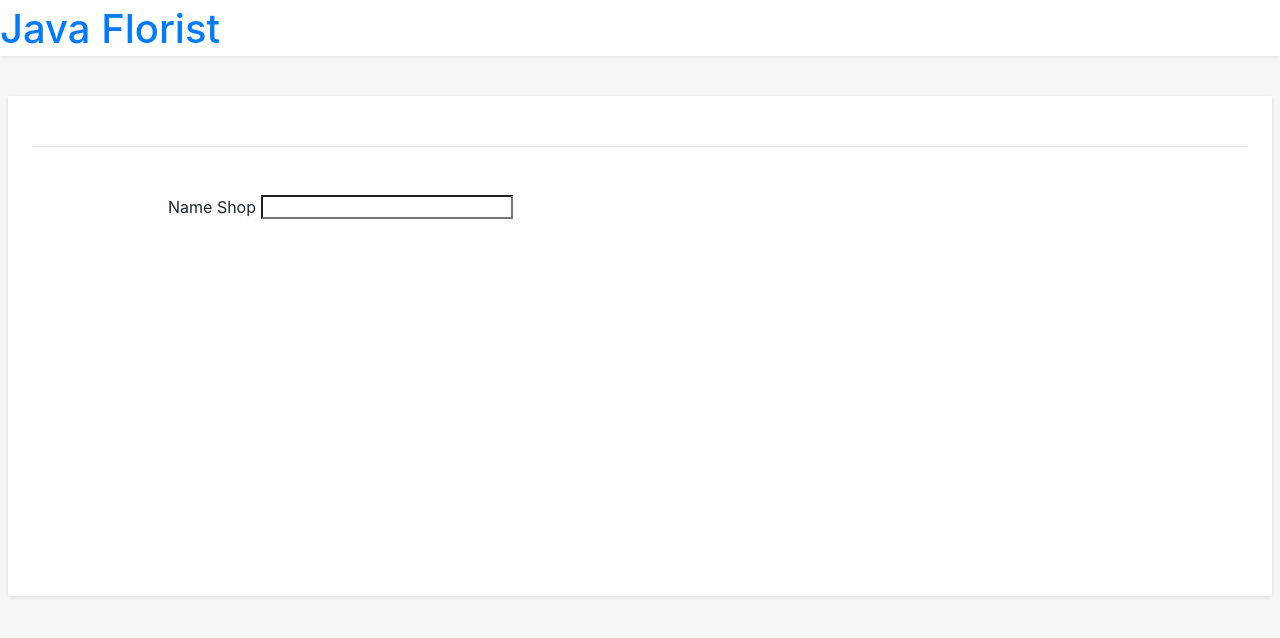
Repository: hienttm/flower-java-florist
Page: JavaFlorist/JavaFlorist/wwwroot/BecomePartner/index.html
These files come from the project's save history. The page is drawn as it stood at one moment and after the next save; the edit follows.
The browser window is 1280 px wide. The pictures show the whole page.
Some web libraries are served in a nearby version.

Above is the page before, as saved 2023-12-29 17:45:25.

After the next save:
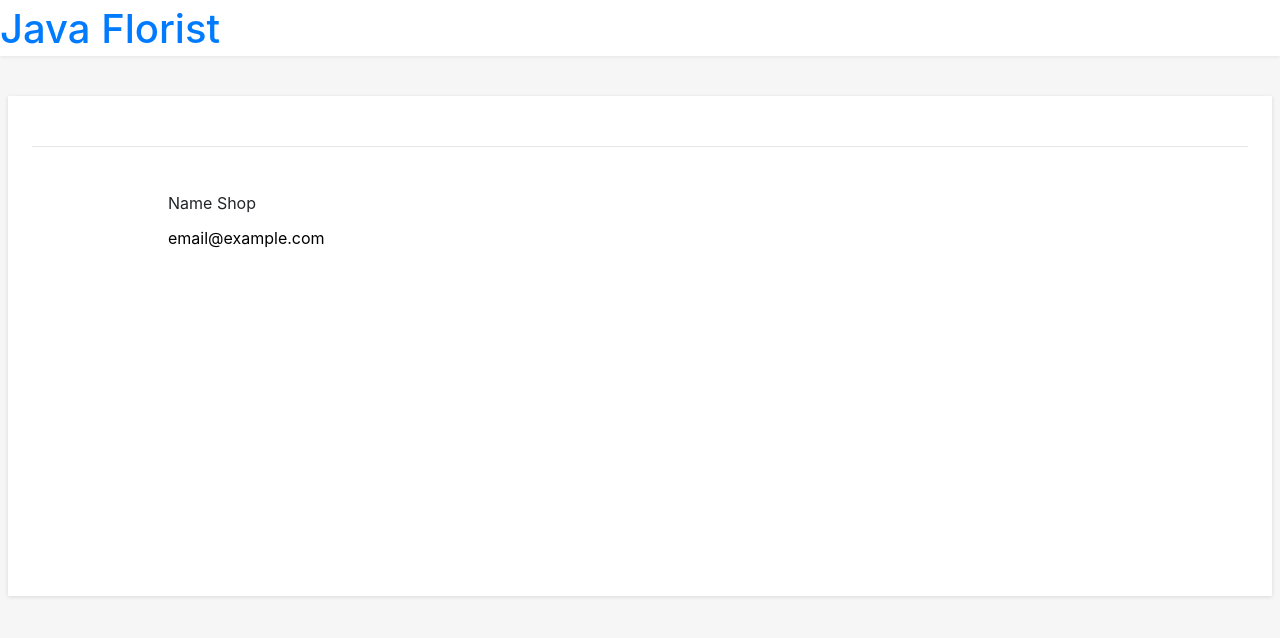
Saved 29 s later.
--- a/JavaFlorist/JavaFlorist/wwwroot/BecomePartner/index.html
+++ b/JavaFlorist/JavaFlorist/wwwroot/BecomePartner/index.html
@@ -32,7 +32,7 @@
                             <form action="">
                                 <div class="onboarding-form-item">
                                     <label for="">Name Shop</label>
-                                    <input type="text">
+                                    <input type="text" readonly class="form-control-plaintext" id="staticEmail" value="email@example.com">
                                 </div>
                             </form>
                         </div>
